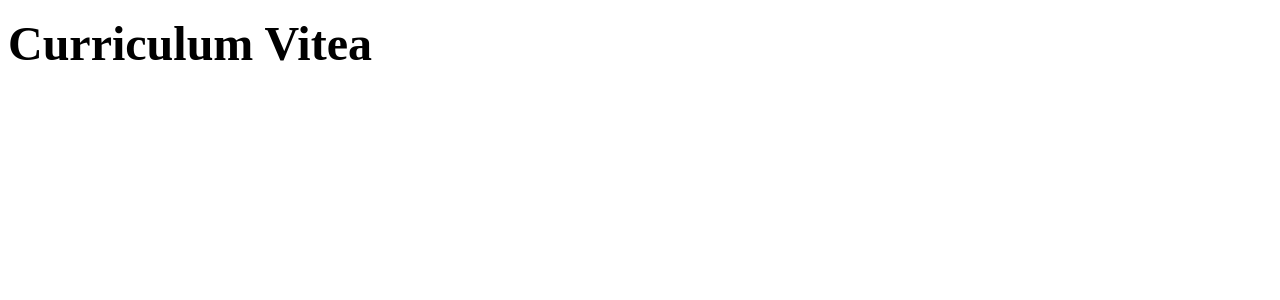
Repository: aysedo/html
Page: Week_2/profile/index.html
The author's editor kept a copy of each file at every save. The page is drawn from the files as they stood at one save, then again after the next save.
The browser window is 1280 px wide. The pictures show the whole page.

Above is the page before, as saved 2021-08-25 19:33:31.

### Week_2/profile/index.html
<!DOCTYPE html>
<html lang="en">
  <head>
    <meta charset="UTF-8" />
    <meta http-equiv="X-UA-Compatible" content="IE=edge" />
    <meta name="viewport" content="width=device-width, initial-scale=1.0" />
    <title>Document</title>
  </head>
  <body>
    <titel>
      <p align="center" ></p><b><font size="13">Curriculum Vitea </font></b></p>

    </titel>
    </table>
  </body>
</html>

After the next save:
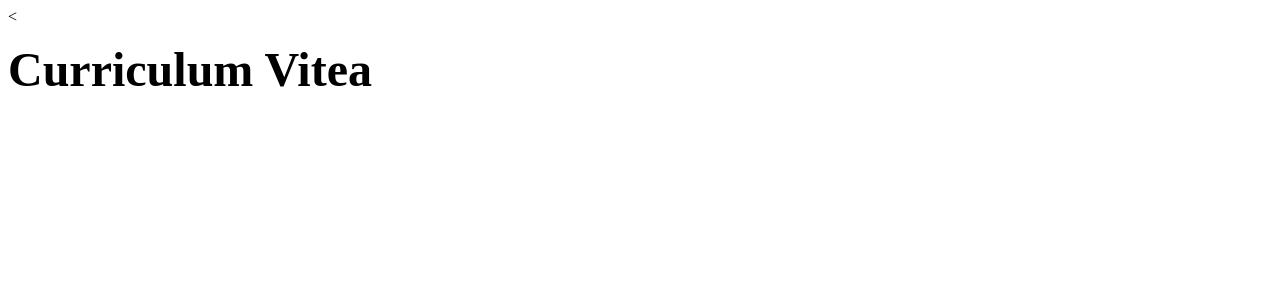
Saved 18 min 49 s later.
--- a/Week_2/profile/index.html
+++ b/Week_2/profile/index.html
@@ -7,6 +7,10 @@
     <title>Document</title>
   </head>
   <body>
+    <table
+    <tr>
+      <
+    </tr>
     <titel>
       <p align="center" ></p><b><font size="13">Curriculum Vitea </font></b></p>
 

After the save that followed:
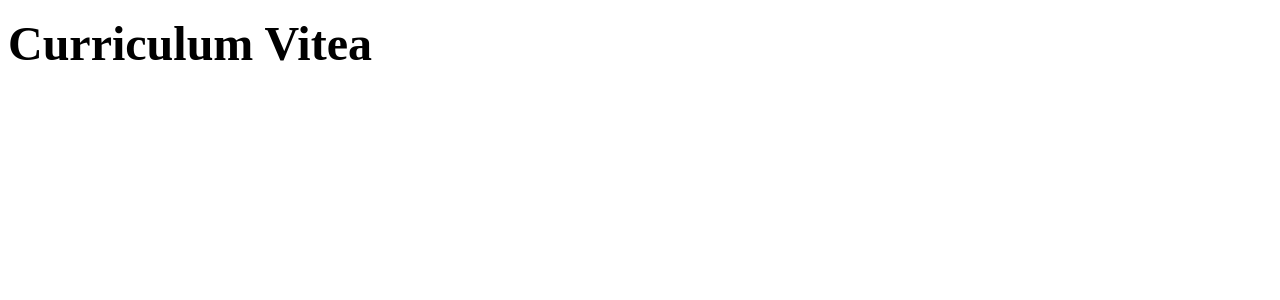
Saved 2 min 41 s later.
--- a/Week_2/profile/index.html
+++ b/Week_2/profile/index.html
@@ -9,7 +9,8 @@
   <body>
     <table
     <tr>
-      <
+      <td>
+      </td>
     </tr>
     <titel>
       <p align="center" ></p><b><font size="13">Curriculum Vitea </font></b></p>
